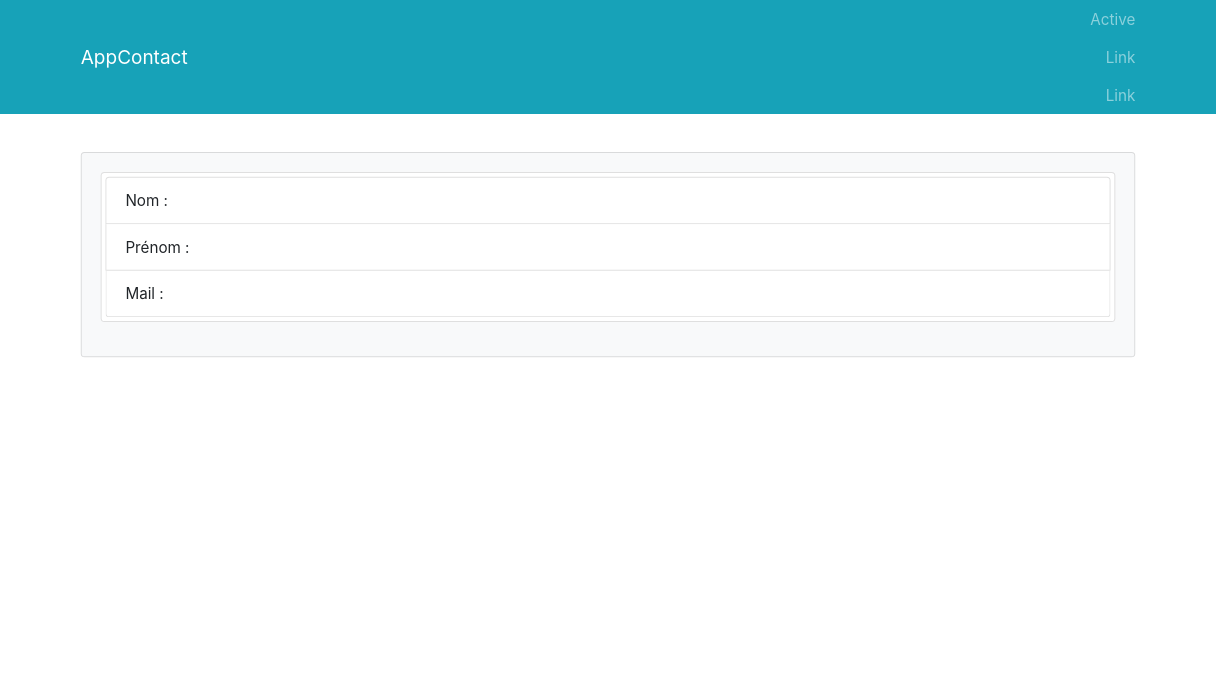
Repository: romgrm/appContact
Page: /
The author's editor kept a copy of each file at every save. The page is drawn from the files as they stood at one save, then again after a run of saves.
The browser window is 1280 px wide. The pictures show the whole page, at 95% of full size.
The project was rebuilt for these pictures with package versions that can differ from the ones it lists, and the page was loaded fresh each time.

Above is the page before, as saved 2020-12-02 20:14:55.

After the next 4 saves:
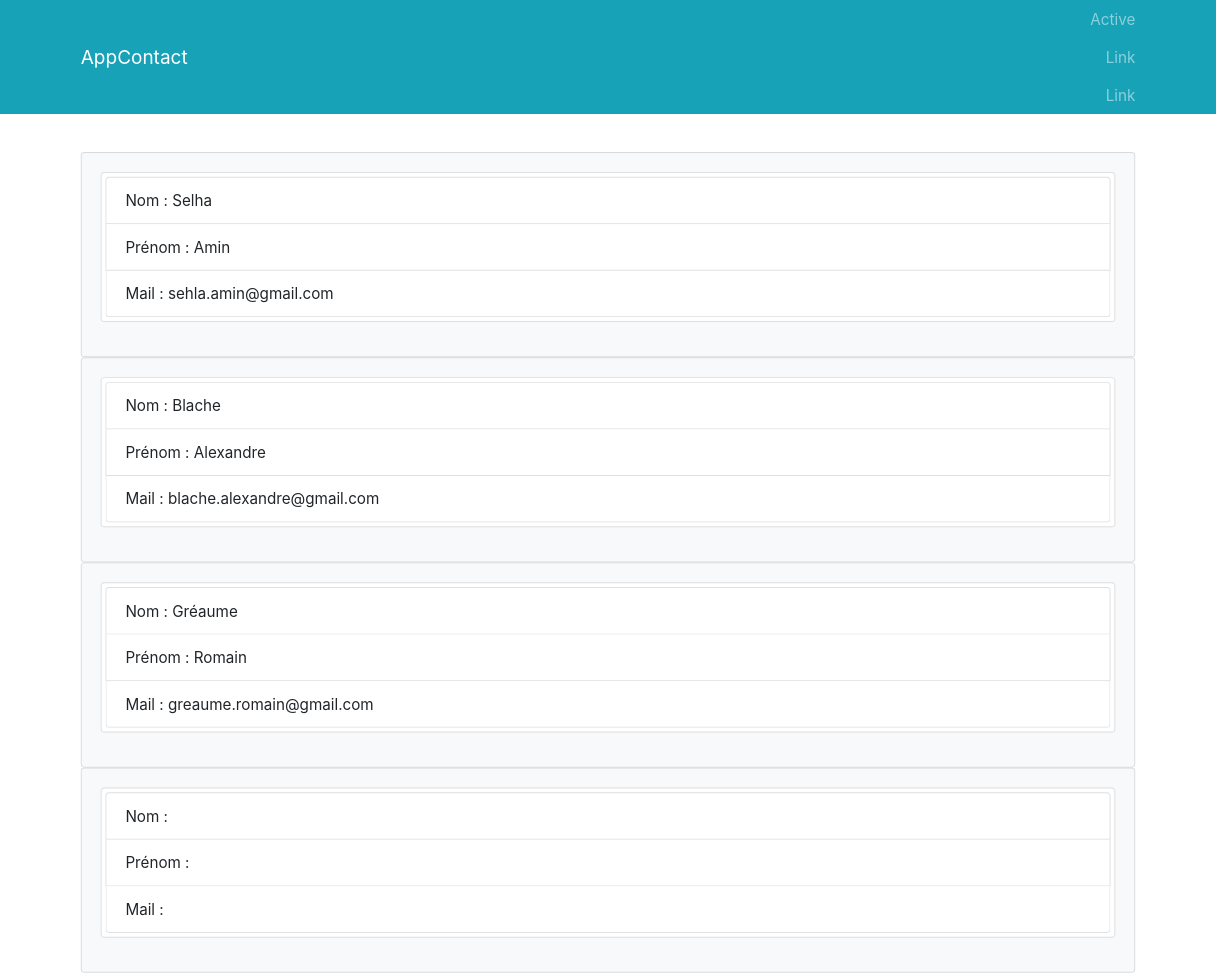
The 4 saves are shown as one change because 1 did not build or start and some came seconds apart.
The last was saved 74 s later.
--- a/src/Components/Liste.js
+++ b/src/Components/Liste.js
@@ -26,12 +26,12 @@ export default class Liste extends Component {
     render() {
         return (
             <div>
-                {this.state.contacts.map(current => {
+                {this.state.contacts.map(current => (
                     <Contact
                     Nom={current.nom}
                     Prenom={current.prenom}
                     Mail={current.mail}/>
-                })}
+                ))}
             </div>
         )
     }
